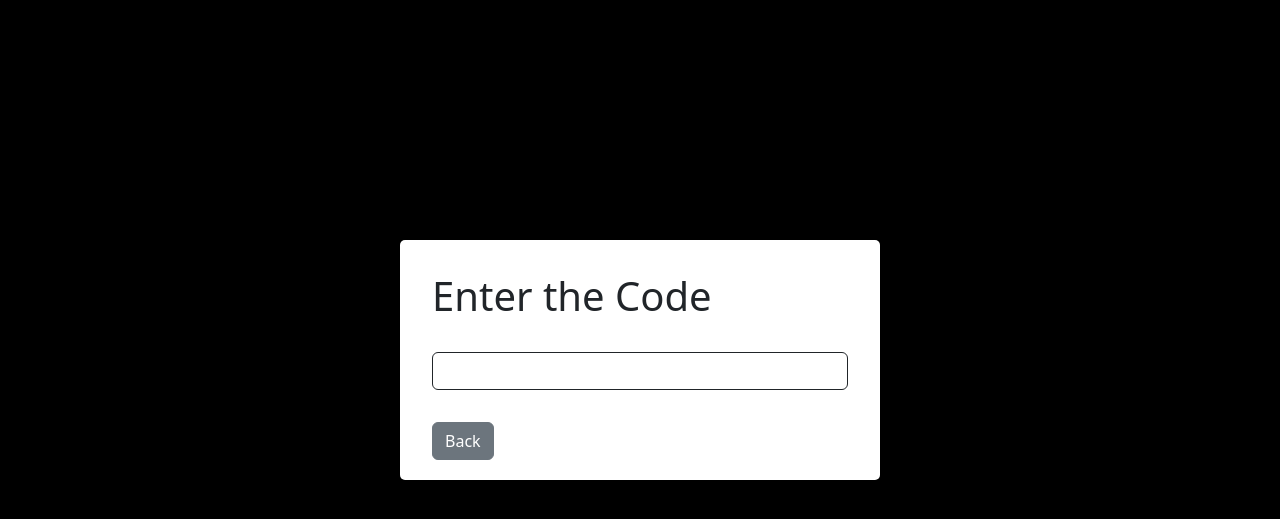
Repository: tran-thien-nhan/quiz_tlln
Page: nhap_code_book.html
These files come from the project's save history. The page is drawn as it stood at one moment and after the next save; the edit follows.
The browser window is 1280 px wide. The pictures show the whole page.

Above is the page before, as saved 2023-06-28 13:10:27.

### nhap_code_book.html
<!DOCTYPE html>
<html lang="en">

<head>
  <meta charset="UTF-8">
  <meta name="viewport" content="width=device-width, initial-scale=1.0">
  <link rel="stylesheet" href="https://cdn.jsdelivr.net/npm/bootstrap@5.3.0/dist/css/bootstrap.min.css">
  <style>
    body {
      background-color: black;
      display: flex;
      justify-content: center;
      align-items: center;
      height: 100vh;
    }

    .container {
      background-color: #fff;
      padding: 2rem;
      width: 30rem;
      height: 15rem;
      border-radius: 5px;
    }

    #button-group {
      display: flex;
      justify-content: center;
      margin-top: 1rem;
    }

    h2 {
      text-align: center;
      color: red;
    }
  </style>
  <title>nhập code</title>
</head>

<body>
  <div class="container">
    <h1>Enter the Code</h1>
    <form id="codeForm">
      <div class="mb-3">
        <br>
        <input type="password" class="form-control border-dark rounded" id="codeInput" required>
        <span id="alert"></span>
        <br>
        <a id="backButton" class="btn btn-secondary mt-2">Back</a>
        <script src="back.js"></script>
      </div>
    </form>
  </div>

  <script>
    // Code form submission handler
    document.getElementById("codeForm").addEventListener("submit", function (event) {
      event.preventDefault();
      var code = document.getElementById("codeInput").value;
      var alertSpan = document.getElementById("alert");
      if (code === "TLLN12345BOOK") {
        alertSpan.textContent = "Correct!";
        alertSpan.style.color = "green";
        window.location.href = "book.html"; // Chuyển hướng sang trang quiz.html
      } else {
        alertSpan.textContent = "Invalid code";
        alertSpan.style.color = "red";
      }
    });
  </script>
</body>

</html>

### back.js
// Back button click event handler
document.getElementById("backButton").addEventListener("click", function () {
    window.history.back(); // Trở về trang trước đó
});

After the next save:
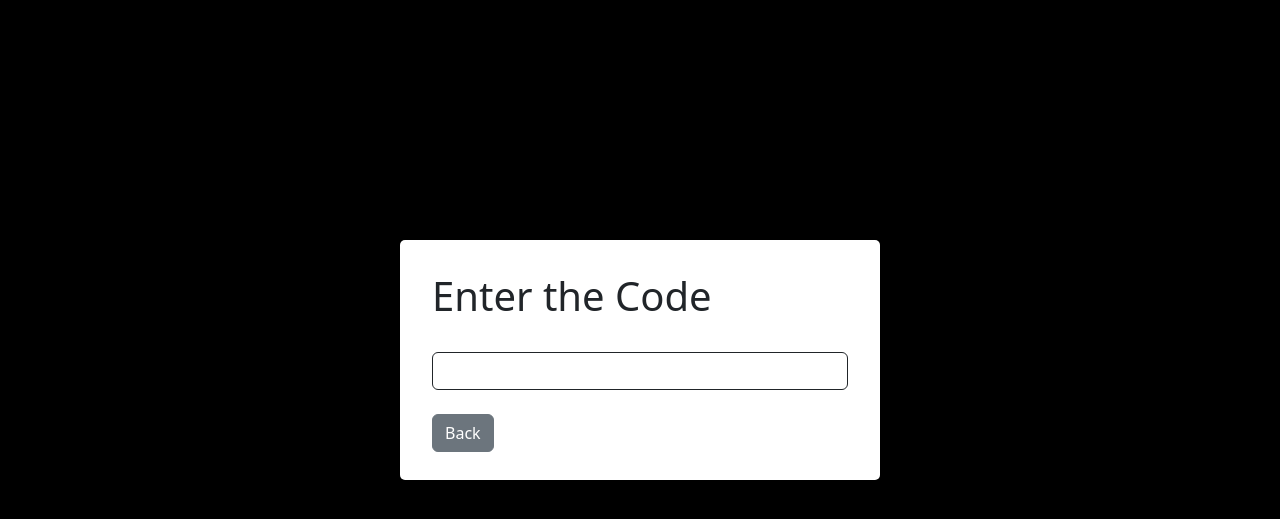
Saved 6 s later.
--- a/nhap_code_book.html
+++ b/nhap_code_book.html
@@ -45,7 +45,7 @@
         <input type="password" class="form-control border-dark rounded" id="codeInput" required>
         <span id="alert"></span>
         <br>
-        <a id="backButton" class="btn btn-secondary mt-2">Back</a>
+        <a id="backButton" class="btn btn-secondary">Back</a>
         <script src="back.js"></script>
       </div>
     </form>
